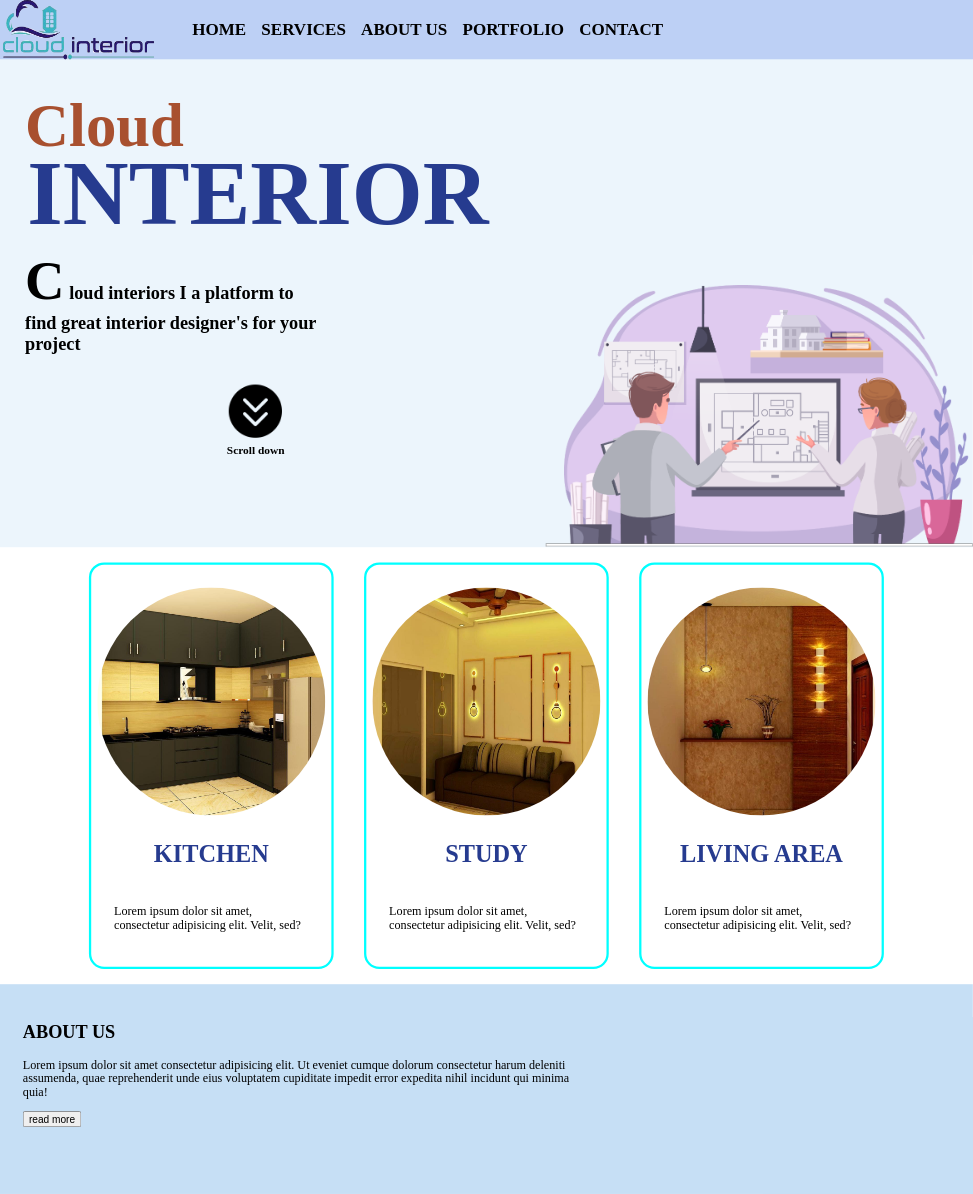
Repository: Ganavid/ganavidgowda.github.io
Page: cloud interior/‌index.html
The author's editor kept a copy of each file at every save. The page is drawn from the files as they stood at one save, then again after a run of saves.
The browser window is 1280 px wide. The pictures show the whole page, at 76% of full size.

Above is the page before, as saved 2023-03-04 03:11:44.

After the next 3 saves:
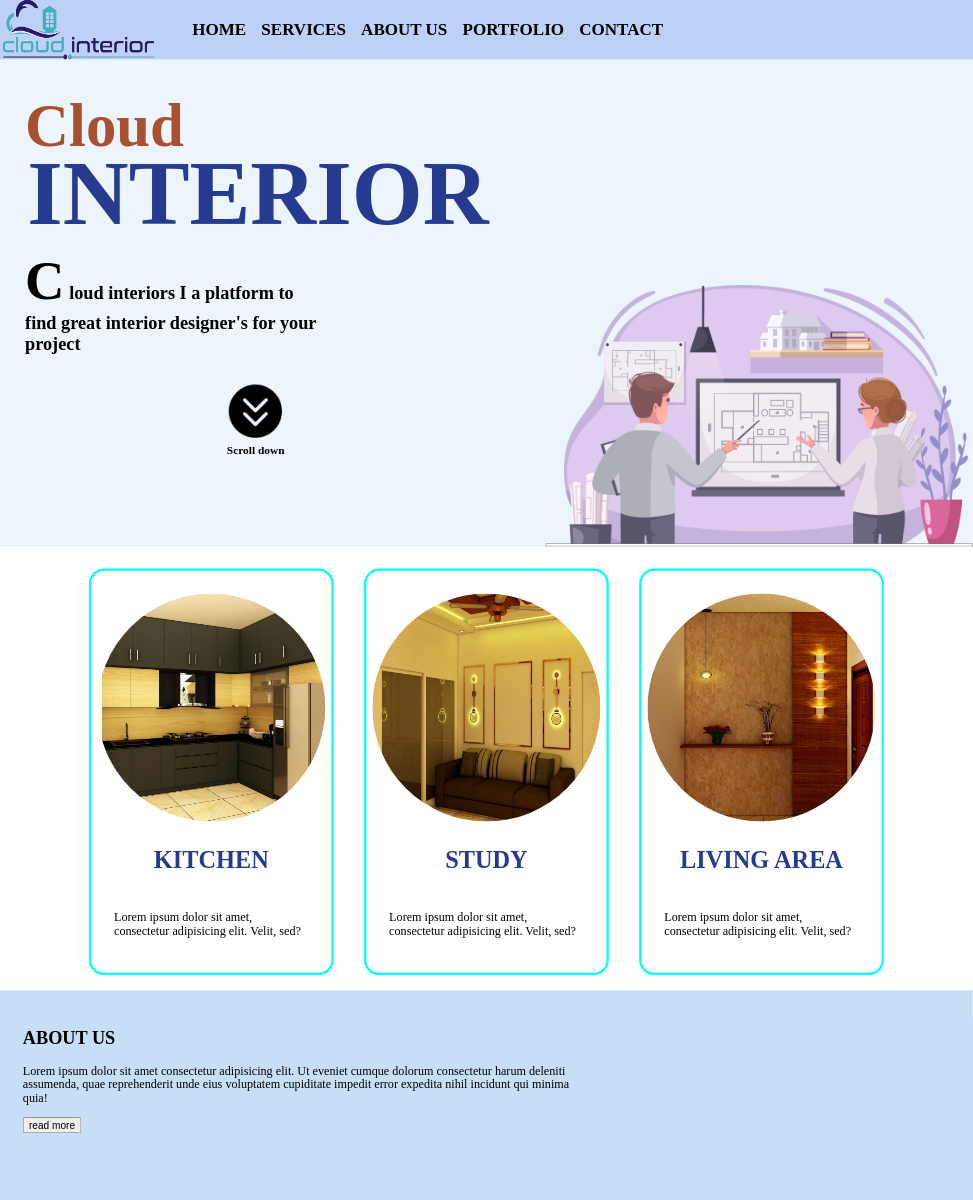
The 3 saves are shown as one change because they came seconds apart.
The last was saved 26 s later.
--- a/cloud interior/interial.css
+++ b/cloud interior/interial.css
@@ -158,7 +158,8 @@
     padding: 0px;
     margin: 0px;
     width: 100vw;
-    padding-top: 0;
+    padding-top: 8px;
+
     justify-content: center;
 }
 .items{

After the 2 saves that followed:
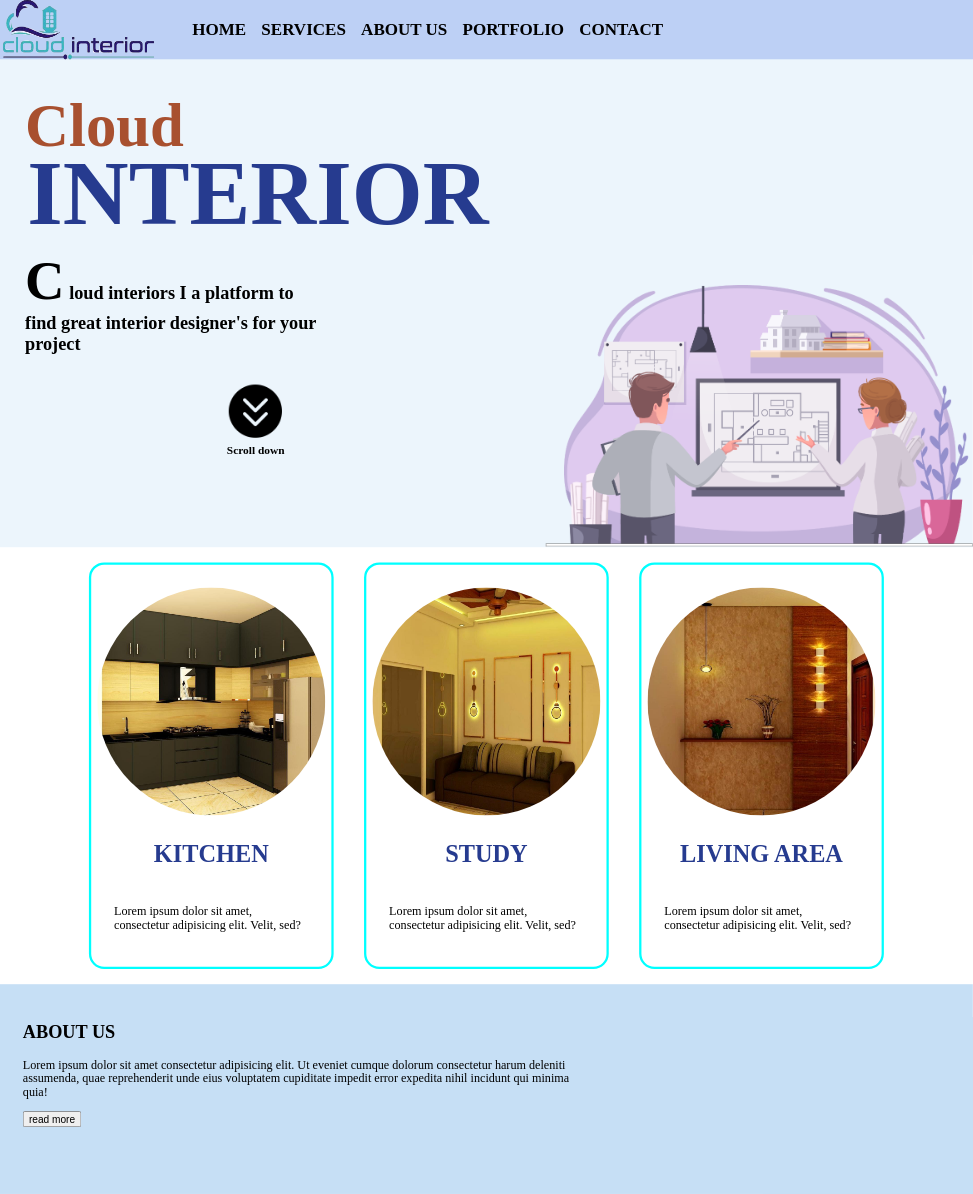
The 2 saves are shown as one change because they came seconds apart.
The last was saved 11 s later.
--- a/cloud interior/interial.css
+++ b/cloud interior/interial.css
@@ -158,7 +158,7 @@
     padding: 0px;
     margin: 0px;
     width: 100vw;
-    padding-top: 8px;
+    padding-top: 8px opx;
 
     justify-content: center;
 }
